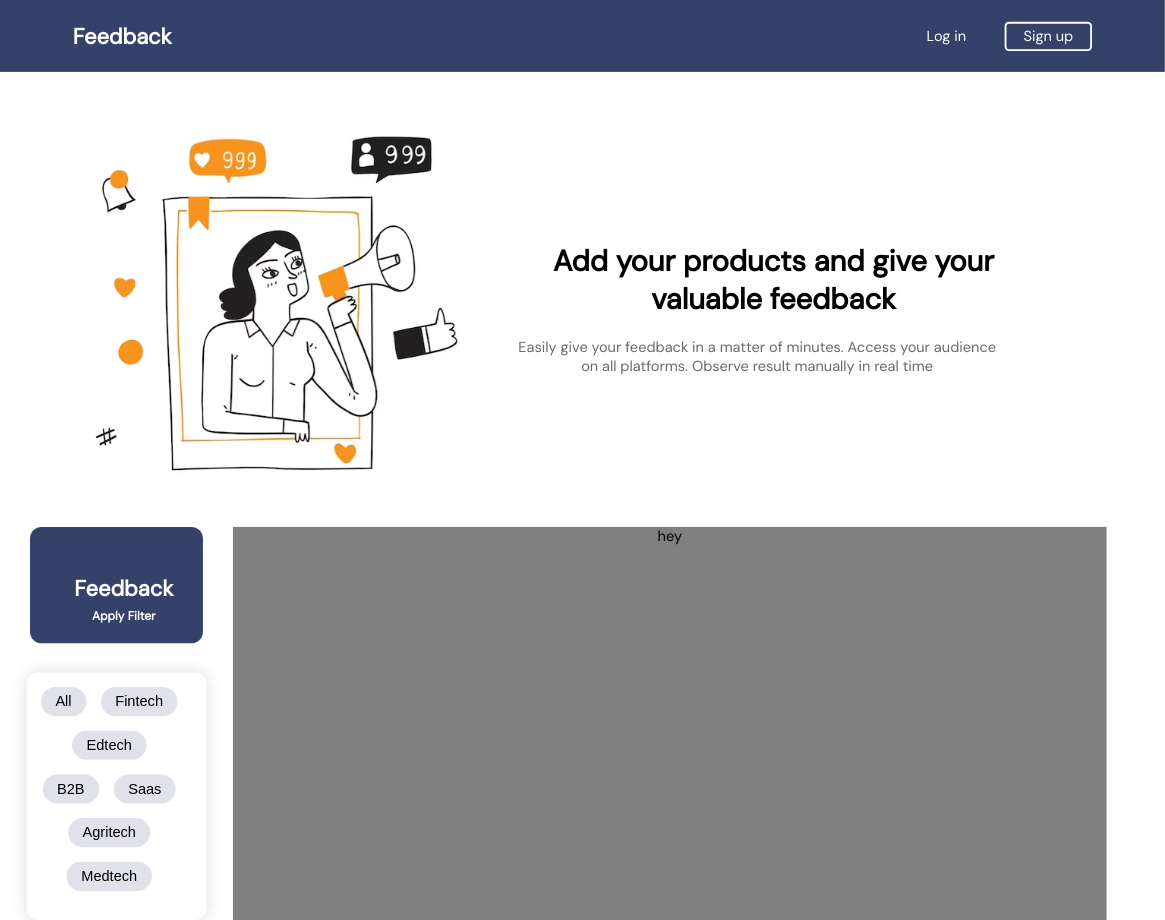
Repository: drumsmanku/final-evaluation-test
Page: / (app in client/)
The author's editor kept a copy of each file at every save. The page is drawn from the files as they stood at one save, then again after the next save.
The browser window is 1280 px wide. The pictures show the whole page, at 91% of full size.
The page's requests for data from a server got no answer. The project was rebuilt for these pictures with package versions that can differ from the ones it lists, and the page was loaded fresh each time. No one was signed in, and anything a server would have sent is missing.

Above is the page before, as saved 2023-07-29 13:59:05.

### client/src/App.js
import './App.css';
import { BrowserRouter as Router, Route, Routes} from 'react-router-dom';
import MainPage from './Components/MainPage';
function App() {
  return (
    <div className="App">
      <Router>
        <Routes>
          <Route path='/' element={<MainPage/>}/>


        </Routes>
      </Router>
    </div>
  );
}

export default App;

### client/src/Components/MainPage.js
import React, {useState, useEffect} from 'react';
import '../CSS/MainPage.css';
import profile from'../Assets/profilepic.webp';
import img1 from '../Assets/frontphoto.png';
import axios from 'axios';

const buttonTitles=['All', 'Fintech', 'Edtech', 'B2B', 'Saas', 'Agritech', 'Medtech'];
const buttonStyles={
  padding:'0.2rem 1rem 0.2rem 1rem',
  backgroundColor:'#36416A26',
  fontSize:'medium',
  borderRadius:'1rem',
  border:'none',
  margin:'0 1rem 1rem 0',
  height:'2rem',
  textAlign:'center',
}

function MainPage() {
  const [categorySet, setCategorySet]=useState([])
  const [isLoggedIn, setIsLoggedIn]=useState(false);
  const [products, setProdcts]=useState([])
  useEffect(()=>{
    const User=localStorage.getItem('user');
    if(User){
      setIsLoggedIn(true);
    }

  }, []);
  const handleLogout=()=>{
    localStorage.removeItem('user');
    setIsLoggedIn(false);
  }
  const handleCategoryClick=(event)=>{
    const currentCat=event.target.value;
    if(!categorySet.includes(currentCat)){
      setCategorySet([...categorySet, event.target.value]);
    }
    else{
      setCategorySet(categorySet.filter(cat=>cat!=currentCat))
    }

  }

  useEffect(()=>{
    const category=categorySet
    axios.get(`http://localhost:4000/get-prods?category=${category.join(',')}`)
    .then((res)=>{setProdcts(res.data.products);console.log(res.data.products)})
    .catch(err=>console.log(err))

  }, [categorySet])

  return (
    <div className='main-container'>
      <div className="main-top-container">
        <div className='navbar' >
          <div style={{display:'flex',width:'100%', justifyContent:' space-between', alignItems:'center',}}>
          <h3 style={{marginLeft:'5rem', color:'white', fontSize:'1.5rem'}}>Feedback</h3>
          <div style={{display:'flex', marginRight:'5rem'}}>
              {isLoggedIn ? (
                <>
                  <button style={{background:'none', fontSize:'large', border:'none', fontFamily:'DM Sans', color:'white'}} onClick={handleLogout}>Logout</button>
                  <span style={{color:'white', fontFamily:'DM Sans', fontSize:'large', display:'flex', alignItems:'center', marginLeft:'1rem'}}>Hello!</span>
                  <img src={profile} alt="" height={50} width={50} style={{borderRadius:'100%', marginLeft:'1rem'}} />
                </>
              ) : (
                <>
                  <button className='btn-main-page-login' type='submit'  >Log in</button>
                  <button type='submit'  className='btn-main-page-register' >Sign up</button>
                </>
              )}
            </div>
          </div>
        </div>
        <div className="title-desc">
          <img src={img1} alt="" height={500} style={{marginLeft:'3rem'}}/>
          <div style={{display:'flex', flexDirection:'column', marginLeft:'2rem'}}>
              <h1 style={{maxWidth:'80%'}}> Add your products and give your valuable feedback</h1>
              <span style={{maxWidth:'75%', color:'#6A6A6A'}}>Easily give your feedback in a matter of minutes. Access your audience on all platforms. Observe result manually in real time</span>
          </div>
        </div>
      </div>
      <div className="main-bottom-container">
        <div className="bottom-left">
          <article style={{backgroundColor:'#36416A', width:'74%', color:'white', paddingTop:'2rem', borderRadius:'0.8rem', marginBottom:'2rem'}}>
            <h2 style={{marginBottom:'0.4rem',marginLeft:'1rem'}}>Feedback</h2>
            <h5 style={{marginTop:0, marginLeft:'1rem'}}>Apply Filter</h5>
          </article>
          <article style={{width:'65%', borderRadius:'0.8rem', padding:'1em', boxShadow:'0 0 17px #00000026',}}>
             {buttonTitles.map((title, idx)=>(
              <button value={title} onClick={handleCategoryClick} style={{...buttonStyles}} key={idx}>{title}</button>
             ))}
          </article>
        </div>
        <div className="bottom-right">
          hey
        </div>
      </div>
    </div>
  )
}

export default MainPage

### client/src/CSS/MainPage.css
@import url('https://fonts.googleapis.com/css2?family=DM+Sans&display=swap');

body{
  font-family: 'DM Sans';
}
.main-container{
  height: 100vh;
  width: 100vw;
  display: flex;
  flex-direction: column;

}
.main-top-container{
  width: 100%;
}
.btn-main-page-login{
  height: 2rem;
  width: 6rem;
  font-weight: 500;
  font-size: medium ;
  background: none;
  border: none;
  border-radius: 0.3rem;
  margin-left: 1rem;
  margin-bottom:0;
  color: white;
  font-family: 'DM Sans';
  cursor: pointer;
}
.btn-main-page-register{
  height: 2rem;
  width: 6rem;
  font-size: medium;
  font-weight: 500;
  background-color: #36416A;
  border: 2px solid white;
  border-radius: 0.3rem;
  margin-left: 1rem;
  margin-bottom:0;
  color: white;
  font-family: 'DM Sans';
  cursor: pointer;
}
.navbar{
  width: 100%;
  background-color: #36416A;
}
.title-desc{
  width: 100%;
  display: flex;
  align-items: center;
  justify-content: space-around;

}
.bottom-left{
  width: 20%;
  display: flex;
  flex-direction: column;
  align-items: center;

}
.bottom-right{
  width: 75%;
  background-color: gray;
}
.main-bottom-container{
  width:100%;
  display: flex;
}
.bottom-top-right{
  width: 100%;
}

Loaded but not shown: client/public/index.html (common file); client/src/index.js (common file); client/src/index.css (common file); client/src/App.css (common file)

After the next save:
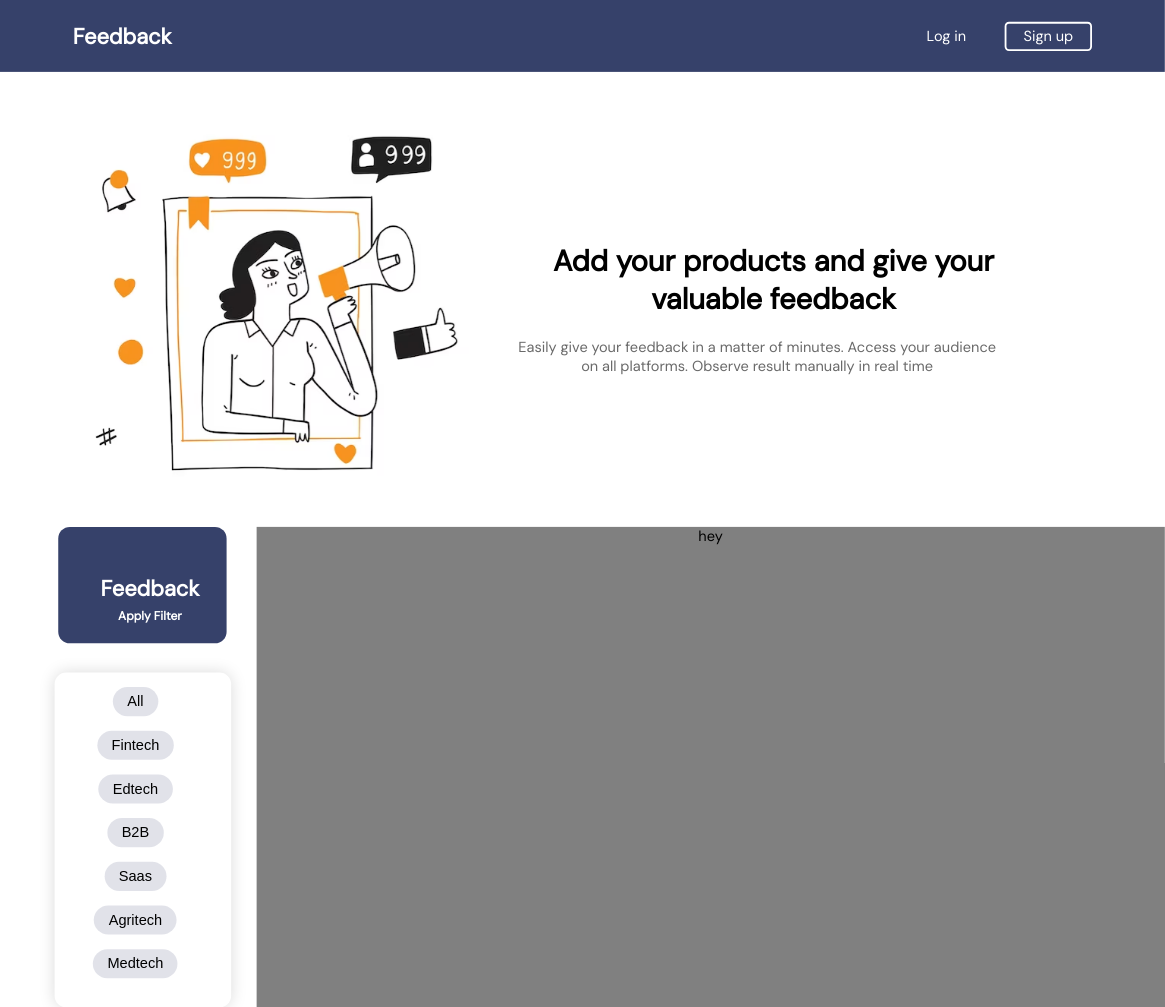
Saved 92 s later.
--- a/client/src/CSS/MainPage.css
+++ b/client/src/CSS/MainPage.css
@@ -57,10 +57,11 @@ body{
   display: flex;
   flex-direction: column;
   align-items: center;
+  margin-left: 2rem;
 
 }
 .bottom-right{
-  width: 75%;
+  width: 80%;
   background-color: gray;
 }
 .main-bottom-container{
